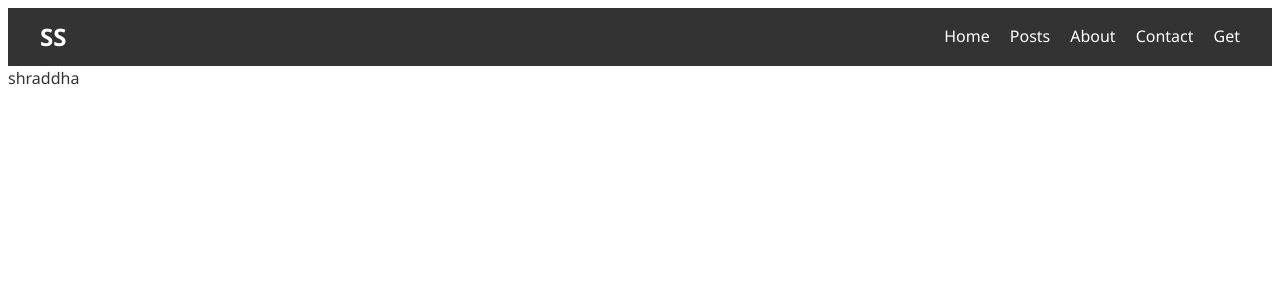
Repository: sshaiv/react_learn
Page: /Users
These files come from the project's save history. The page is drawn as it stood at one moment and after a run of saves; the edit follows.
The browser window is 1280 px wide. The pictures show the whole page.
The project was rebuilt for these pictures with package versions that can differ from the ones it lists, and the page was loaded fresh each time. Also part of the build but not shown: src/components/Home.js, src/components/About.js, src/components/Contact.js, src/utils/data.js, src/components/Posts.js, src/components/PostDetails.js, src/components/Get.js.

Above is the page before, as saved 2024-07-05 20:27:26.

### src/App.js
import React from "react";
import { BrowserRouter, Routes, Route } from "react-router-dom";
import Home from "./components/Home";
import About from "./components/About";
import Contact from "./components/Contact";
import Posts from "./components/Posts";
import PostDetails from "./components/PostDetails";
import Navbar from "./components/Navbar";
// import Footer from "./components/Footer";
import Get from './components/Get'
import Users from './components/Users'


const App = () => {
  return (
    <BrowserRouter>
      <Navbar />
      <Routes>
        <Route path='/' element={<Home />} />
        <Route path='/about' element={<About />} />
        <Route path='/contact' element={<Contact />} />
        <Route path='/posts' element={<Posts />} />
        <Route path='/get' element={<Get />} />
        <Route path='/Users' element={<Users />} />
        <Route path='/posts/:postId' element={<PostDetails />} />
      </Routes>
      {/* <Footer/> */}
    </BrowserRouter>
  );
};

export default App;

### src/components/Navbar.js
import React from "react";
import { Link } from "react-router-dom";
import "./Home.css"; // Import CSS file for styling

const Navbar = () => {
  return (
    <nav className="navbar">
      <div className="container">
        <h1 className="logo">
          <Link to="/">SS</Link>
        </h1>
        <ul className="nav-links">
          <li>
            <Link to="/">Home</Link>
          </li>
          <li>
            <Link to="/posts">Posts</Link>
          </li>
          <li>
            <Link to="/about">About</Link>
          </li>
          <li>
            <Link to="/contact">Contact</Link>
          </li>
          <li>
            <Link to="/get">Get</Link>
          </li>
        </ul>
      </div>
    </nav>
  );
};

export default Navbar;

### src/components/Users.js
import {useState} from 'react';



function Users(){
    const[data,setData]=useState('shraddha');

    return(
        <div>{data}</div>

    );

}

export default Users;

### src/components/Home.css
/* Navbar container */
*{
    scrollbar-width: none;

}

.navbar {
    background-color: #333; /* Dark background */
    color: #fff; /* Light text color */
    padding: 10px 0;
  }

  /* Container for centering content */
  .navbar .container {
    display: flex;
    justify-content: space-between;
    align-items: center;
    max-width: 1200px; /* Adjust as needed */
    margin: 0 auto;
    padding: 0 20px;
  }

  /* Logo link */
  .navbar .logo {
    font-size: 1.5rem;
    margin: 0;
  }

  .navbar .logo a {
    color: #fff;
    text-decoration: none;
  }

  /* Navigation links */
  .navbar .nav-links {
    list-style-type: none;
    display: flex;
    margin: 0;
    padding: 0;
  }

  .navbar .nav-links li {
    margin-right: 20px;
  }

  .navbar .nav-links li:last-child {
    margin-right: 0;
  }

  .navbar .nav-links li a {
    color: #fff;
    text-decoration: none;
    font-size: 1rem;
    transition: color 0.3s ease;
  }

  .navbar .nav-links li a:hover {
    color: #ffc107; /* Change color on hover */
  }

  .home {
    background-image: url("https://images.unsplash.com/photo-1470770841072-f978cf4d019e?crop=entropy&cs=tinysrgb&fit=max&fm=jpg&ixid=MnwzNjUyOXwwfDF8c2VhcmNofDEzfHxuYXR1cmV8ZW58MHx8fHwxNjM2MDk3MDQz&ixlib=rb-1.2.1&q=80&w=400"); /* Example background image */
    background-size: cover;
    background-position: center;
    color: #fff;
    padding: 100px 0; /* Adjust padding as needed */
    text-align: center;
  }

  .home .container {
    max-width: 800px;
    margin: 0 auto;
    padding: 20px;
  }

  .home h1 {
    font-size: 3rem;
    margin-bottom: 20px;
  }

  .home p {
    font-size: 1.2rem;
    line-height: 1.6;
  }

  .home .btn {
    background-color: #4caf50; /* Green button */
    color: #fff;
    padding: 10px 20px;
    font-size: 1rem;
    border: none;
    cursor: pointer;
    transition: background-color 0.3s ease;
  }

  .home .btn:hover {
    background-color: #45a049; /* Darker green on hover */
  }

  .footer {
    background-color: #333; /* Dark background */
    color: #fff;
    padding: 20px 0;
    text-align: center;
  }

  .footer .container {
    max-width: 1200px;
    margin: 0 auto;
    padding: 0 20px;
  }

  .footer p {
    margin: 0;
    font-size: 1rem;
  }

  .footer .social-links {
    margin-top: 10px;
  }

  .footer .social-links a {
    color: #fff;
    text-decoration: none;
    margin: 0 10px;
    font-size: 1.2rem;
  }

  .footer .social-links a:hover {
    text-decoration: underline;
  }


/* Posts Container */
.posts-container {
    max-width: 800px;
    margin: 0 auto;
    padding: 20px;
  }




  .about-container {
    max-width: 800px;
    margin: 0 auto;
    padding: 20px;
  }

  .about-content {
    background-color: #f9f9f9;
    border: 1px solid #ccc;
    border-radius: 5px;
    padding: 20px;
  }

  .about-content h1 {
    font-size: 2.5rem;
    margin-bottom: 20px;
  }

  .about-content p {
    font-size: 1.2rem;
    line-height: 1.6;
    margin-bottom: 15px;
  }



  .contact-form-container {
    max-width: 600px;
    margin: 50px auto; /* Centering the form */
    padding: 30px;
    background-color: #f5f5f5;
    border: 1px solid #ddd;
    border-radius: 8px;
    box-shadow: 0 2px 4px rgba(0, 0, 0, 0.1);
  }

  .contact-form-container h2 {
    font-size: 2.5rem;
    margin-bottom: 20px;
    color: #333;
    text-align: center;
  }

  .form-group {
    margin-bottom: 20px;
  }

  label {
    font-size: 1.2rem;
    margin-bottom: 8px;
    color: #555;
  }

  input[type="text"],
  input[type="email"],
  textarea {
    width: 100%;
    padding: 12px;
    font-size: 1.2rem;
    border: 1px solid #ccc;
    border-radius: 5px;
  }

  textarea {
    resize: vertical;
    min-height: 150px;
  }

  button {
    padding: 12px 24px;
    background-color: #007bff;
    color: #fff;
    border: none;
    border-radius: 5px;
    font-size: 1.2rem;
    cursor: pointer;
    transition: background-color 0.3s ease;
  }

  button:hover {
    background-color: #0056b3;
  }


  /* Color Palette */
:root {
    --primary-color: #007bff; /* Primary color for links and buttons */
    --secondary-color: #0056b3; /* Darker shade for hover effects */
    --text-color: #333; /* Main text color */
    --text-light-color: #666; /* Lighter text color */
    --bg-color: #f9f9f9; /* Background color */
    --border-color: #e0e0e0; /* Border color */
  }

  /* Font Styling */
  body {
    font-family: 'Segoe UI', Tahoma, Geneva, Verdana, sans-serif;
    color: var(--text-color);
    line-height: 1.6;
  }
  .posts-container h1{
    position: relative;
    left: 250px;
  }
  /* Individual Post */
  .post {
    max-width: 600px;

    margin: 0 auto 20px;
    padding: 20px;
    border: 1px solid var(--border-color);
    border-radius: 8px;
    background-color: #fff;
    box-shadow: 0 2px 4px rgba(0, 0, 0, 0.1);
  }

  .post h2 {
    font-size: 2rem;
    margin-bottom: 15px;
    color: var(--primary-color);
  }

  .post img {
    display: block;
    max-width: 100%;
    height: 250px;
    margin-bottom: 15px;
    border-radius: 8px;
    box-shadow: 0 2px 4px rgba(0, 0, 0, 0.1);
  }

  .post p {
    font-size: 1.2rem;
    line-height: 1.6;
    color: var(--text-light-color);
  }

  .post-link {
    display: block;
    text-decoration: none;
    color: var(--primary-color);
    font-weight: bold;
    transition: color 0.3s ease;
  }

  .post-link:hover {
    color: var(--secondary-color);
  }

/* Post Details Container */
.post-details-container {
    max-width: 600px; /* Reduced max-width for a smaller container */
    margin: 20px auto;
    padding: 20px; /* Reduced padding to make it more compact */
    background-color: #fff;
    border: 1px solid var(--border-color);
    border-radius: 8px;
    box-shadow: 0 4px 8px rgba(0, 0, 0, 0.1);
  }

  .post-details h1 {
    font-size: 1.8rem; /* Slightly reduced font size for heading */
    margin-bottom: 15px; /* Adjusted margin for heading */
    color: var(--primary-color); /* Adjusted primary color for heading */
    text-align: center;
  }

  .post-details img {
    max-width: 100%; /* Ensures images fit within container */
    height: auto; /* Maintains aspect ratio */
    margin-bottom: 10px;
    border-radius: 8px; /* Rounded corners for images */
    box-shadow: 0 2px 4px rgba(0, 0, 0, 0.1);
  }

  .post-details p {
    font-size: 1.2rem; /* Reduced font size for paragraphs */
    line-height: 1.6; /* Adjusted line height */
    color: var(--text-color);
    text-align: justify;
    margin-bottom: 10px; /* Adjusted margin between paragraphs */
  }

  .post-details p:last-child {
    margin-bottom: 0;
  }

  /* Post Details Container */
.post-details-container {
    max-width: 500px; /* Reduced max-width for a smaller container */
    margin: 10px auto; /* Reduced margin for tighter spacing */
    padding: 15px; /* Reduced padding for more compact layout */
    background-color: #fff;
    border: 1px solid var(--border-color);
    border-radius: 6px;
    box-shadow: 0 2px 4px rgba(0, 0, 0, 0.1);
  }

  .post-details h1 {
    font-size: 1.6rem; /* Smaller font size for heading */
    margin-bottom: 10px; /* Reduced margin for heading */
    color: var(--primary-color); /* Adjusted primary color for heading */
    text-align: center;
  }

  .post-details img {
    max-width: 100%; /* Ensures images fit within container */
    height: auto; /* Maintains aspect ratio */
    margin-bottom: 8px; /* Reduced margin bottom for images */
    border-radius: 6px; /* Rounded corners for images */
    box-shadow: 0 1px 2px rgba(0, 0, 0, 0.1);
  }

  .post-details p {
    font-size: 1.1rem; /* Smaller font size for paragraphs */
    line-height: 1.5; /* Tighter line height for paragraphs */
    color: var(--text-color);
    text-align: justify;
    margin-bottom: 8px; /* Reduced margin between paragraphs */
  }

  .post-details p:last-child {
    margin-bottom: 0;
  }


  /* Contact Form */
  .contact-form-container {
    max-width: 600px;
    margin: 50px auto;
    padding: 30px;
    background-color: #f5f5f5;
    border: 1px solid var(--border-color);
    border-radius: 8px;
    box-shadow: 0 2px 4px rgba(0, 0, 0, 0.1);
  }

  .contact-form-container h2 {
    font-size: 2.5rem;
    margin-bottom: 20px;
    color: var(--text-color);
    text-align: center;
  }

  .form-group {
    margin-bottom: 20px;
  }

  label {
    font-size: 1.2rem;
    margin-bottom: 8px;
    color: var(--text-color);
  }

  input[type="text"],
  input[type="email"],
  textarea {
    width: 100%;
    padding: 12px;
    font-size: 1.2rem;
    border: 1px solid var(--border-color);
    border-radius: 5px;
  }

  textarea {
    resize: vertical;
    min-height: 150px;
  }

  button {
    padding: 12px 24px;
    background-color: var(--primary-color);
    color: #fff;
    border: none;
    border-radius: 5px;
    font-size: 1.2rem;
    cursor: pointer;
    transition: background-color 0.3s ease;
  }

  button:hover {
    background-color: var(--secondary-color);
  }

Loaded but not shown: public/index.html (common file); src/index.js (common file)

After the next 3 saves:
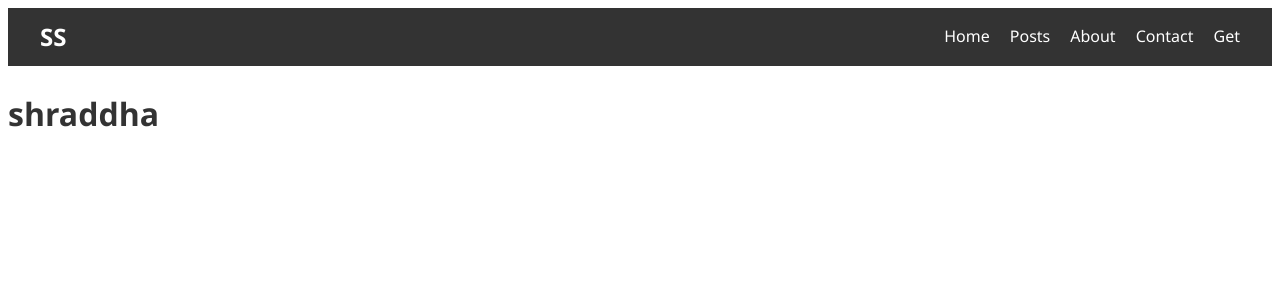
The 3 saves are shown as one change because they came seconds apart.
The last was saved 11 s later.
--- a/src/components/Users.js
+++ b/src/components/Users.js
@@ -6,7 +6,7 @@ function Users(){
     const[data,setData]=useState('shraddha');
 
     return(
-        <div>{data}</div>
+        <div><h1>{data}</h1></div>
 
     );
 
